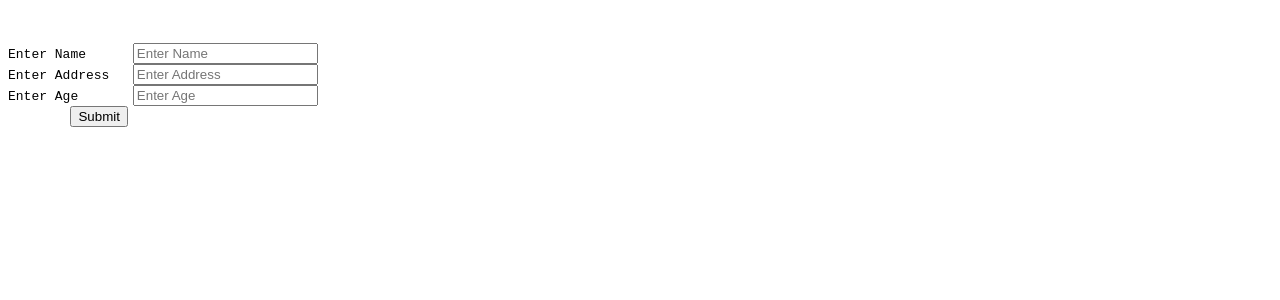
Repository: NarenD12/ProgramsFromTraining
Page: Week2Assessment/WebContent/InsertDetails.html
An editor plug-in stored every save of this project. The page is shown before and after the next save, followed by the edit.
The browser window is 1280 px wide. The pictures show the whole page.

Above is the page before, as saved 2023-09-21 17:46:11.

After the next save:
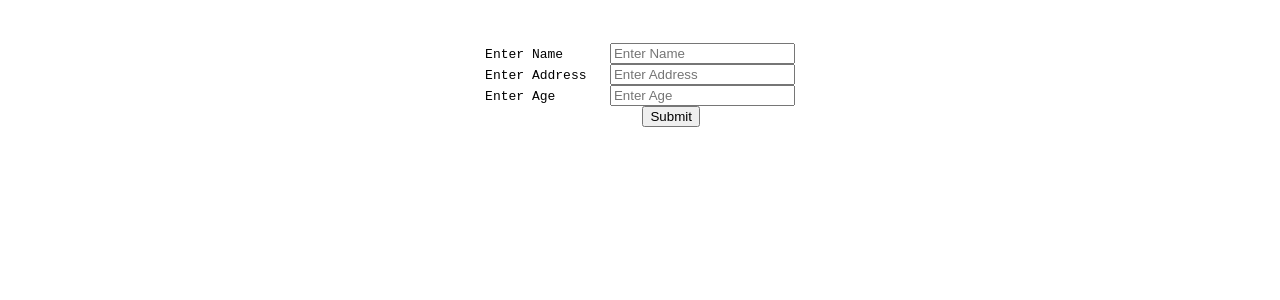
Saved 21 s later.
--- a/Week2Assessment/WebContent/InsertDetails.html
+++ b/Week2Assessment/WebContent/InsertDetails.html
@@ -2,7 +2,7 @@
 <html>
 <head>
 <style>
-body {text-align: "center";}
+body {text-align:center;}
 </style>
 <meta charset="ISO-8859-1">
 <title>Insert title here</title>
